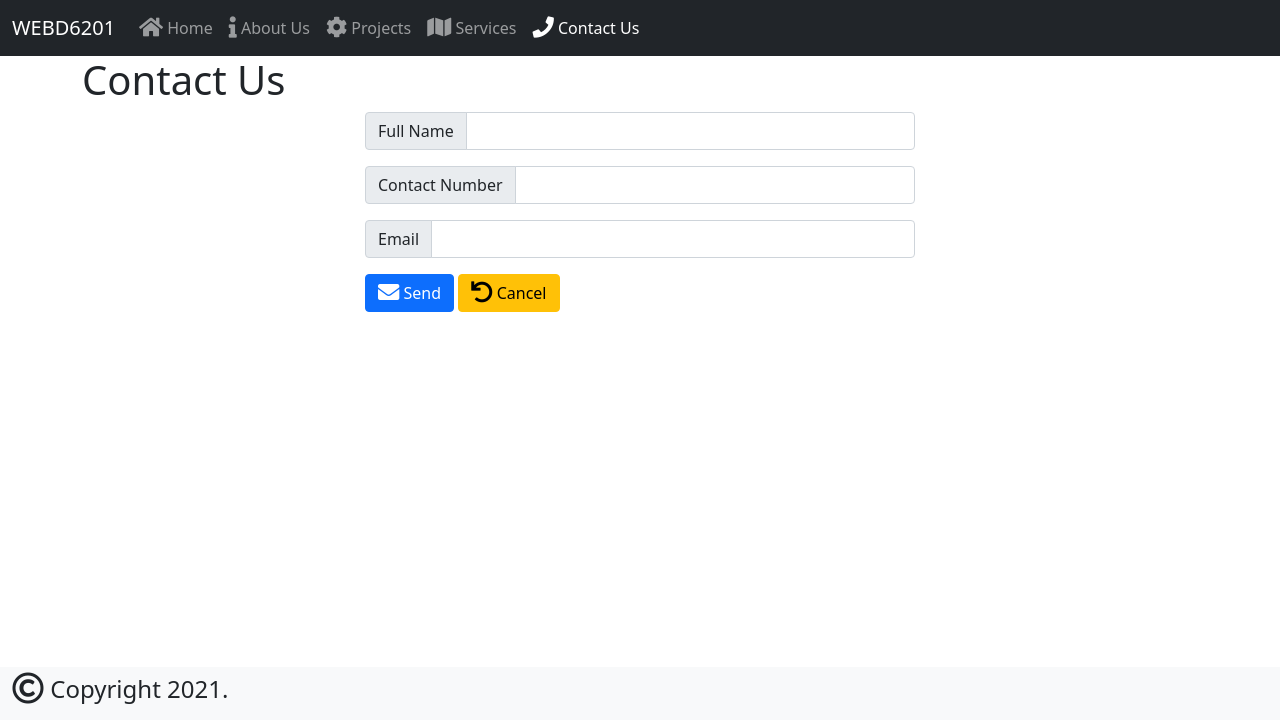
Repository: MuzhdaEhsan/WEBD6201-W2021-ICE1
Page: WEBD6201-W2021-ICE1/contact.html
An editor plug-in stored every save of this project. The page is shown before and after the next save, followed by the edit.
The browser window is 1280 px wide. The pictures show the whole page.

Above is the page before, as saved 2021-01-22 01:13:07.
Console error: TypeError: Cannot set properties of null (setting 'textContent')

### WEBD6201-W2021-ICE1/contact.html
<!DOCTYPE html>
<html lang="en">
<head>
    <meta charset="UTF-8">
    <meta name="viewport" content="width=device-width, initial-scale=1.0">
    <title>Contact</title>
    <!-- CSS Section -->
    <link rel="stylesheet" href="./node_modules/bootstrap/dist/css/bootstrap.min.css">
    <link rel="stylesheet" href="./node_modules/@fortawesome/fontawesome-free/css/all.min.css">
    <link rel="stylesheet" href="./Content/app.css">
</head>
<body>
    <!-- Main Header -->
    <header>
        <!-- Main Navigation -->
        <nav class="navbar navbar-expand-lg navbar-dark bg-dark">
            <div class="container-fluid">
              <a class="navbar-brand" href="index.html">WEBD6201</a>
              <button class="navbar-toggler" type="button" data-bs-toggle="collapse" data-bs-target="#navbarSupportedContent" aria-controls="navbarSupportedContent" aria-expanded="false" aria-label="Toggle navigation">
                <span class="navbar-toggler-icon"></span>
              </button>
              <div class="collapse navbar-collapse" id="navbarSupportedContent">
                <ul class="navbar-nav me-auto mb-2 mb-lg-0">
                  <li class="nav-item">
                    <a class="nav-link" aria-current="page" href="index.html"><i class="fas fa-home fa-lg"></i> Home</a>
                  </li>

                  <li class="nav-item">
                    <a class="nav-link" aria-current="page" href="about.html"><i class="fas fa-info fa-lg"></i> About Us</a>
                  </li>

                  <li class="nav-item">
                    <a class="nav-link" aria-current="page" href="projects.html"><i class="fas fa-cog fa-lg"></i> Projects</a>
                  </li>

                  <li class="nav-item">
                    <a class="nav-link" aria-current="page" href="services.html"><i class="fas fa-map fa-lg"></i> Services</a>
                  </li>

                  <li class="nav-item">
                    <a class="nav-link active" aria-current="page" href="contact.html"><i class="fas fa-phone fa-lg"></i> Contact Us</a>
                  </li>
                </ul>
              </div>
            </div>
          </nav>
    </header>

    <!-- Main Content -->
    <main class="container">
        <h1>Contact Us</h1>
        <div id="messageArea"></div>

        <div class="row justify-content-lg-center g-3">
          <form class="col-lg-6 col-md-10 col-sm-10">

            <div class="input-group mb-3">
              <span class="input-group-text" id="inputGroup-sizing-default">Full Name </span>
              <input id="fullName" type="text" class="form-control" aria-label="Full Name" aria-describedby="Full Name Input"
              name="fullName" required>
            </div>

            <div class="input-group mb-3">
              <span class="input-group-text" id="inputGroup-sizing-default">Contact Number</span>
              <input id="contactNumber" type="tel" class="form-control" aria-label="Contact Number" aria-describedby="Contact Number Input"
              name="contactNumber" required>
            </div>

            <div class="input-group mb-3">
              <span class="input-group-text" id="inputGroup-sizing-default">Email</span>
              <input id="emailAddress" type="email" class="form-control" aria-label="Email Address" aria-describedby="Email Address Input"
              name="emailAddress" required>
            </div>

            <button id="sendButton" type="submit" class="btn btn-primary"><i class="fas fa-envelope fa-lg"></i> Send</button>
            <button id="cancelButton" type="reset" class="btn btn-warning"><i class="fas fa-undo fa-lg"></i> Cancel</button>
          </form>
        </div>


    </main>

    <!-- Main Footer -->
    <footer>
        <nav class="navbar fixed-bottom navbar-light bg-light">
            <div class="container-fluid">
              <h4><i class="far fa-copyright fa-lg"></i> Copyright 2021.</h4>
            </div>
          </nav>
    </footer>

    <!-- Script Section-->
    <script src="./node_modules/jquery/dist/jquery.min.js"></script>
    <script src="./node_modules/bootstrap/dist/js/bootstrap.bundle.min.js"></script>
    <script src="./Scripts/app.js"></script>
</body>
</html>

### WEBD6201-W2021-ICE1/Scripts/app.js
/* custom JavaScript goes here */

//IIFE - Immediately Invoked Function Expression
//AKA - Anonymous Self-Executing Function
//Closure - limits scope leak

"use strict";

(function()
{

    function Start()
    {
        console.log("App Started...");

        let paragraphOneText = "This is a simple site to demonstrate DOM Manipulation for ICE 1";

        let paragraphOneElement = document.getElementById("paragraphOne");

        paragraphOneElement.textContent = paragraphOneText;
        paragraphOneElement.className = "fs-5";

        // Step 1. document.createElement
        let newParagraph = document.createElement("p");
        // Step 2. configure the element
        newParagraph.setAttribute("id","paragraphTwo");
        newParagraph.textContent = "...And this is paragraph two";
        // Step 3. select the parent element
        let mainContent = document.getElementsByTagName("main")[0];
        // Step 4. Add / Insert the element
        mainContent.appendChild(newParagraph);

        newParagraph.className = "fs-6";

        // another way of injecting content
        //let paragraphThree =`<p class="fs-7 fw-bold">And this is the Third Paragraph</p>`
        //mainContent.innerHTML = paragraphThree;


        /*let paragraph = document.createElement('div');
        let paragraphThree = '<p id="paragraphThree" class="fs-7 fw-" ';
        let paragraphDiv.innerHTML = paragraphThree;

        newParagraph.before(paragraphDiv)

        //paragraphOneElement.remove();

        mainContent.removeChild(paragraphOneElement);*/


        //update
        mainContent.firstElementChild.textContent = "Welcome Home";

        mainContent.innerHTML =
        `<h1 id="firstHeading">Welcome to Webd</h1>
        <p id = "paragraphOne" class="fs-3 fw-bold">this is my first paragraph</p>
        `;
    }

    window.addEventListener("load", Start);

})();

Loaded but not shown: WEBD6201-W2021-ICE1/node_modules/bootstrap/dist/css/bootstrap.min.css (library); WEBD6201-W2021-ICE1/node_modules/@fortawesome/fontawesome-free/css/all.min.css (library); WEBD6201-W2021-ICE1/Content/app.css (common file); WEBD6201-W2021-ICE1/node_modules/jquery/dist/jquery.min.js (library); WEBD6201-W2021-ICE1/node_modules/bootstrap/dist/js/bootstrap.bundle.min.js (library)

After the next save:
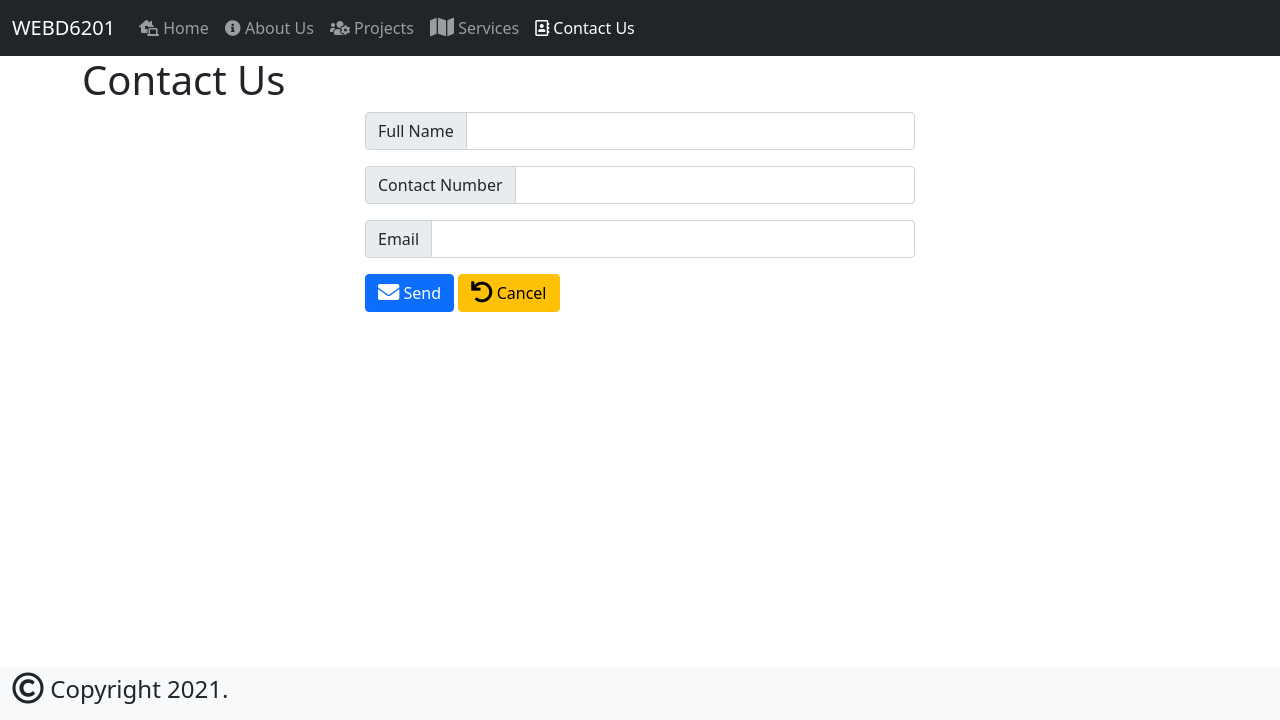
Saved 31 s later.
--- a/WEBD6201-W2021-ICE1/contact.html
+++ b/WEBD6201-W2021-ICE1/contact.html
@@ -22,15 +22,15 @@
               <div class="collapse navbar-collapse" id="navbarSupportedContent">
                 <ul class="navbar-nav me-auto mb-2 mb-lg-0">
                   <li class="nav-item">
-                    <a class="nav-link" aria-current="page" href="index.html"><i class="fas fa-home fa-lg"></i> Home</a>
+                    <a class="nav-link" aria-current="page" href="index.html"><i class="fas fa-laptop-house"></i> Home</a>
                   </li>
 
                   <li class="nav-item">
-                    <a class="nav-link" aria-current="page" href="about.html"><i class="fas fa-info fa-lg"></i> About Us</a>
+                    <a class="nav-link" aria-current="page" href="about.html"><i class="fas fa-info-circle"></i> About Us</a>
                   </li>
 
                   <li class="nav-item">
-                    <a class="nav-link" aria-current="page" href="projects.html"><i class="fas fa-cog fa-lg"></i> Projects</a>
+                    <a class="nav-link" aria-current="page" href="projects.html"><i class="fas fa-users-cog"></i> Projects</a>
                   </li>
 
                   <li class="nav-item">
@@ -38,7 +38,7 @@
                   </li>
 
                   <li class="nav-item">
-                    <a class="nav-link active" aria-current="page" href="contact.html"><i class="fas fa-phone fa-lg"></i> Contact Us</a>
+                    <a class="nav-link active" aria-current="page" href="contact.html"><i class="far fa-address-book"></i> Contact Us</a>
                   </li>
                 </ul>
               </div>
